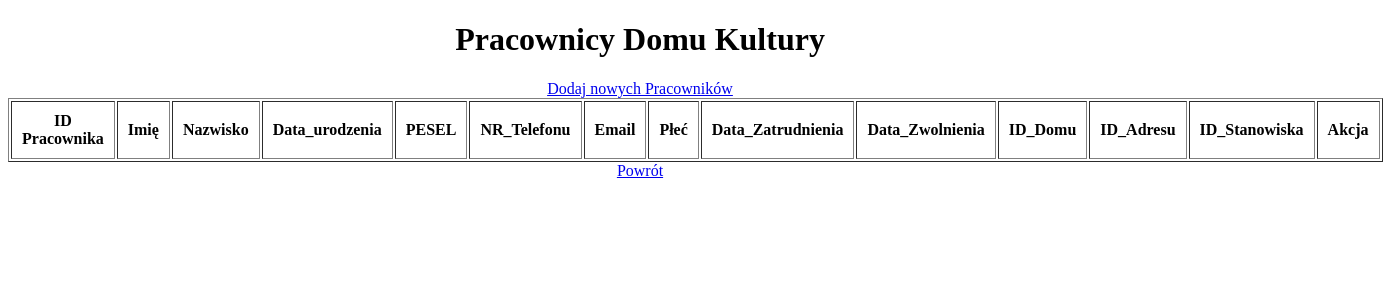
Repository: marcinRuta/houseOfCulture-crud-webapp-database
Page: http://localhost/pracownicy
These files come from the project's save history. The page is drawn as it stood at one moment and after the next save; the edit follows.
The browser window is 1280 px wide. The page is 1383 px wide, then 1287 px, so the pictures cover 1383 px, including what lies to the right of the window. The pictures show the whole page.
The page is this project's Thymeleaf template; nobody is signed in. The template is opened directly, without the code that normally fills it, so the values that code supplies are empty.

Above is the page before, as saved 2021-01-08 11:55:14.

After the next save:
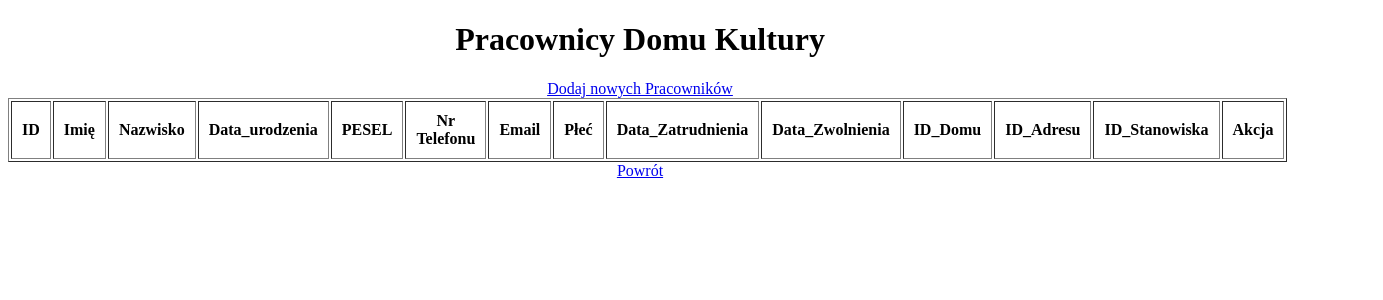
Saved 2 min 28 s later.
--- a/DomKultury/src/main/resources/templates/pracownicy.html
+++ b/DomKultury/src/main/resources/templates/pracownicy.html
@@ -20,12 +20,12 @@
 			<!-- Table header -->
 			<thead>
 				<tr>
-					<th>ID Pracownika</th>
+					<th>ID</th>
 					<th>Imię</th>
 					<th>Nazwisko</th>
 					<th>Data_urodzenia</th>
 					<th>PESEL</th>
-					<th>NR_Telefonu</th>
+					<th>Nr Telefonu</th>
 					<th>Email</th>
 					<th>Płeć</th>
 					<th>Data_Zatrudnienia</th>
